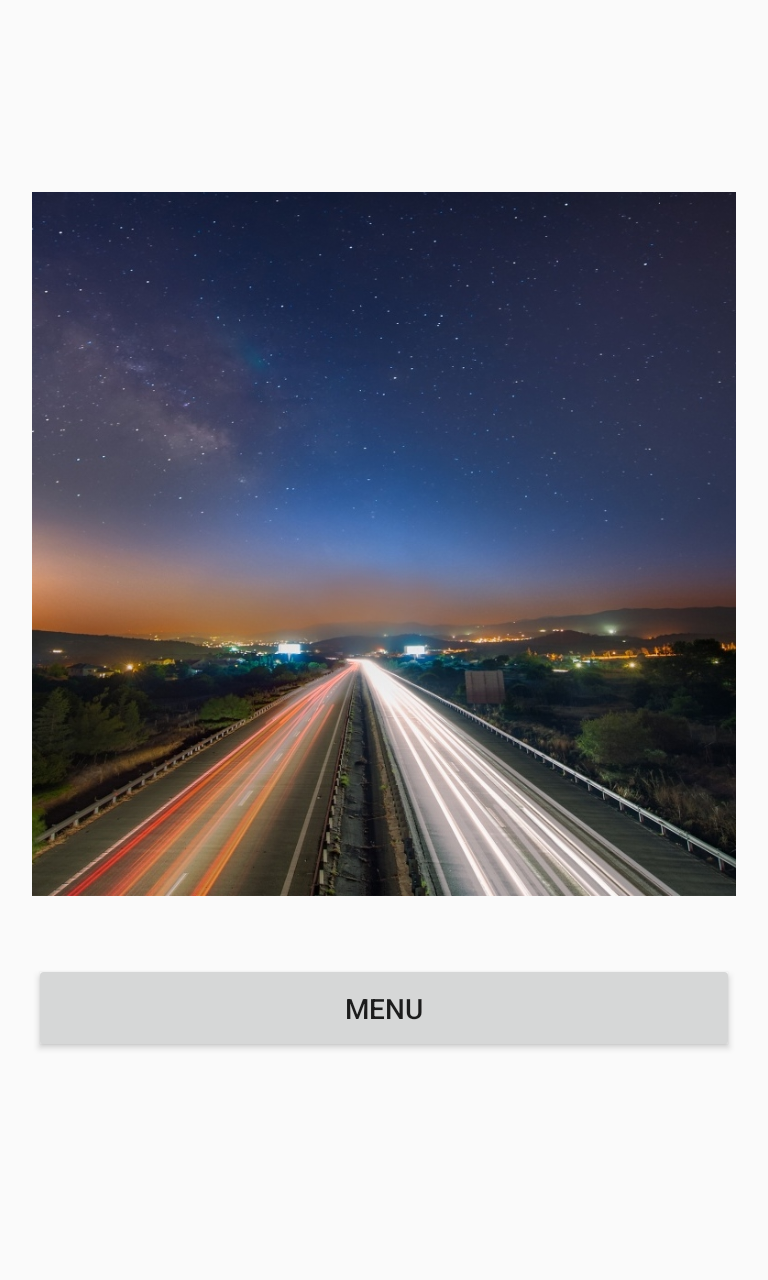
Repository: MarcSelles/nPuzzle10447768
Layout: NPuzzle10447768/res/layout/activity_playing.xml
These files come from the project's save history. The layout is drawn as it stood at one moment and after the next save; the edit follows.
It is drawn on a 768 x 1280 px phone screen (xhdpi) without system bars, with theme AppTheme; the app's code is not run.

Above is the layout before, as saved 2014-11-23 15:42:03.

### NPuzzle10447768/res/layout/activity_playing.xml
<RelativeLayout xmlns:android="http://schemas.android.com/apk/res/android"
    xmlns:tools="http://schemas.android.com/tools"
    android:layout_width="match_parent"
    android:layout_height="match_parent"
    android:paddingBottom="@dimen/activity_vertical_margin"
    android:paddingLeft="@dimen/activity_horizontal_margin"
    android:paddingRight="@dimen/activity_horizontal_margin"
    android:paddingTop="@dimen/activity_vertical_margin"
    tools:context="nl.mprog.projects.NPuzzle10447768.Playing" >

    <ImageView
        android:id="@+id/imageView1"
        android:layout_width="wrap_content"
        android:layout_height="wrap_content"
        android:src="@drawable/rush_hour"
        android:contentDescription="@string/photoGame"
        />

    <Button
        android:id="@+id/button1"
        android:layout_width="wrap_content"
        android:layout_height="wrap_content"
        android:layout_alignBottom="@+id/imageView1"
        android:layout_alignLeft="@+id/imageView1"
        android:layout_alignRight="@+id/imageView1"
        android:text="@string/menu" />

</RelativeLayout>

### NPuzzle10447768/res/values/strings.xml
<?xml version="1.0" encoding="utf-8"?>
<resources>

    <string name="app_name">NPuzzle10447768</string>
    <string name="hello_world">Hello world!</string>
    <string name="action_settings">Settings</string>
    <string name="choose_image">Kies een puzzel</string>
    <string name="photo1">photo1</string>
    <string name="photo2">photo2</string>
    <string name="photo3">photo3</string>
    <string name="photo4">photo4</string>
    <string name="photo5">photo5</string>
    <string name="photo6">photo6</string>
    <string name="title_activity_the_game">TheGame</string>
    <string name="photoGame">photo of game</string>
    <string name="title_activity_playing">Playing</string>
    <string name="menu">MENU</string>

</resources>

Loaded but not shown: NPuzzle10447768/res/values/styles.xml (common file); NPuzzle10447768/res/values-v11/styles.xml (common file); NPuzzle10447768/res/values-v14/styles.xml (common file); NPuzzle10447768/res/values/dimens.xml (common file); NPuzzle10447768/res/values-w820dp/dimens.xml (common file)

After the next save:
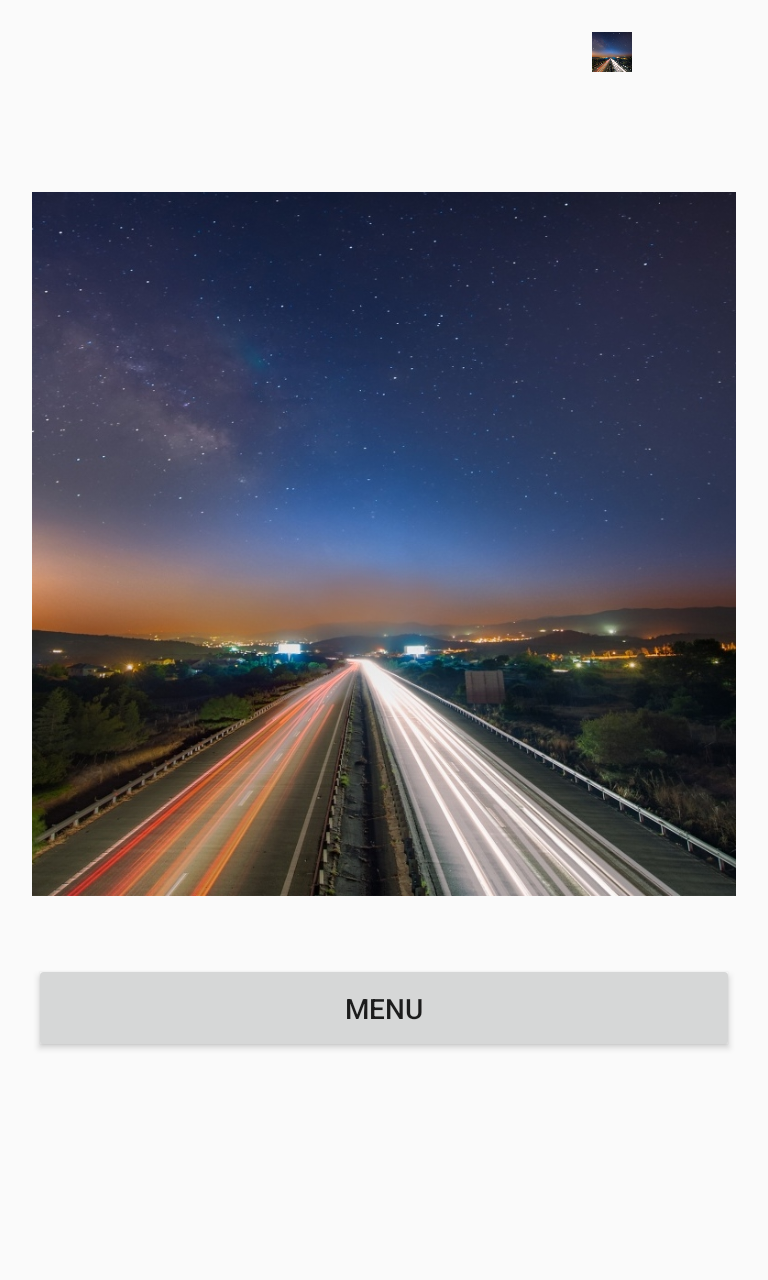
Saved 2 min 46 s later.
--- a/NPuzzle10447768/res/layout/activity_playing.xml
+++ b/NPuzzle10447768/res/layout/activity_playing.xml
@@ -25,4 +25,13 @@
         android:layout_alignRight="@+id/imageView1"
         android:text="@string/menu" />
 
+    <ImageView
+        android:id="@+id/imageView2"
+        android:layout_width="20dp"
+        android:layout_height="20dp"
+        android:layout_alignRight="@+id/imageView1"
+        android:layout_alignTop="@+id/imageView1"
+        android:layout_marginRight="52dp"
+        android:src="@drawable/rush_hour" />
+
 </RelativeLayout>
